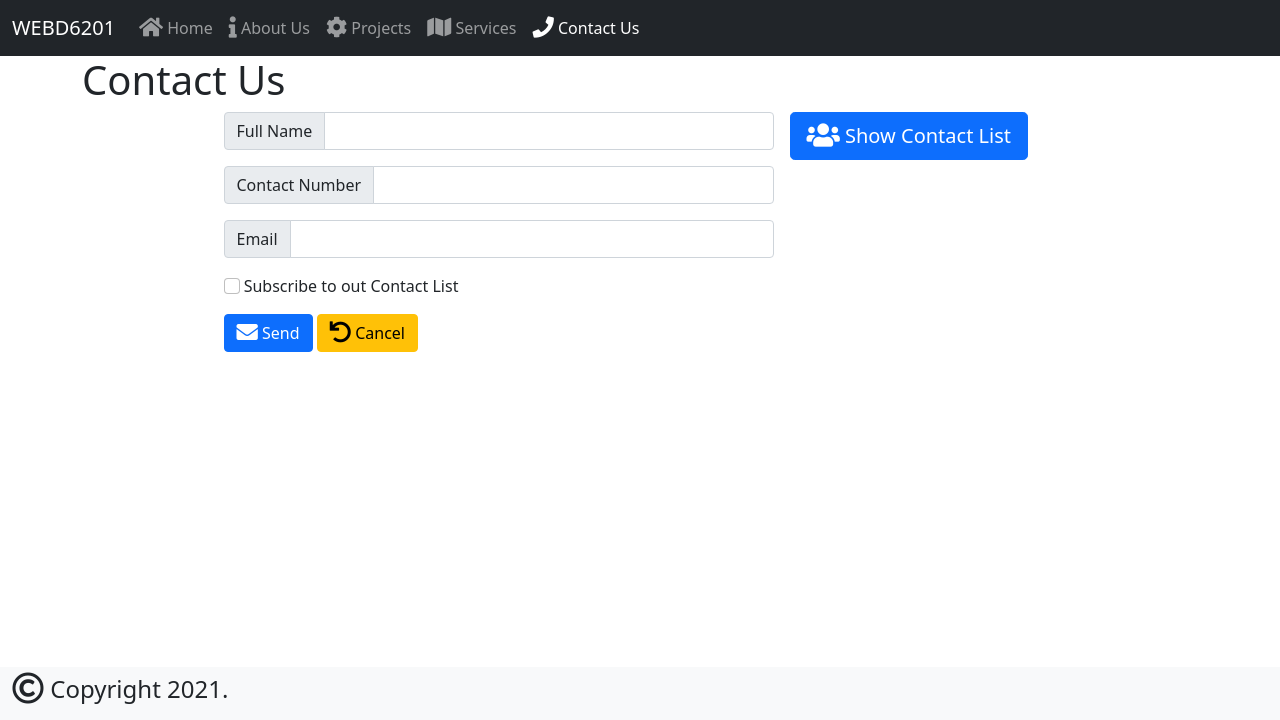
Repository: aphim/webd6201ICE6
Page: contact.html
The author's editor kept a copy of each file at every save. The page is drawn from the files as they stood at one save, then again after the next save.
The browser window is 1280 px wide. The pictures show the whole page.

Above is the page before, as saved 2021-02-04 09:09:00.

### contact.html
<!DOCTYPE html>
<html lang="en">
<head>
    <meta charset="UTF-8">
    <meta name="viewport" content="width=device-width, initial-scale=1.0">
    <title>Contact</title>
    <!-- CSS Section -->
    <link rel="stylesheet" href="./node_modules/bootstrap/dist/css/bootstrap.min.css">
    <link rel="stylesheet" href="./node_modules/@fortawesome/fontawesome-free/css/all.min.css">
    <link rel="stylesheet" href="./Content/app.css">
</head>
<body>
    <!-- Main Header -->
    <header>
        <!-- Main Navigation -->
        <nav class="navbar navbar-expand-lg navbar-dark bg-dark">
            <div class="container-fluid">
              <a class="navbar-brand" href="index.html">WEBD6201</a>
              <button class="navbar-toggler" type="button" data-bs-toggle="collapse" data-bs-target="#navbarSupportedContent" aria-controls="navbarSupportedContent" aria-expanded="false" aria-label="Toggle navigation">
                <span class="navbar-toggler-icon"></span>
              </button>
              <div class="collapse navbar-collapse" id="navbarSupportedContent">
                <ul class="navbar-nav me-auto mb-2 mb-lg-0">
                  <li class="nav-item">
                    <a class="nav-link" aria-current="page" href="index.html"><i class="fas fa-home fa-lg"></i> Home</a>
                  </li>

                  <li class="nav-item">
                    <a class="nav-link" aria-current="page" href="about.html"><i class="fas fa-info fa-lg"></i> About Us</a>
                  </li>

                  <li class="nav-item">
                    <a class="nav-link" aria-current="page" href="projects.html"><i class="fas fa-cog fa-lg"></i> Projects</a>
                  </li>

                  <li class="nav-item">
                    <a class="nav-link" aria-current="page" href="services.html"><i class="fas fa-map fa-lg"></i> Services</a>
                  </li>

                  <li class="nav-item">
                    <a class="nav-link active" aria-current="page" href="contact.html"><i class="fas fa-phone fa-lg"></i> Contact Us</a>
                  </li>
                </ul>
              </div>
            </div>
          </nav>
    </header>

    <!-- Main Content -->
    <main class="container">
        <h1>Contact Us</h1>
        <div id="messageArea"></div>

        <div class="row justify-content-lg-center g-3">
          <form class="col-lg-6 col-md-10 col-sm-10">

            <div class="input-group mb-3">
              <span class="input-group-text" id="inputGroup-sizing-default">Full Name </span>
              <input id="fullName" type="text" class="form-control" aria-label="Full Name" aria-describedby="Full Name Input"
              name="fullName" required>
            </div>

            <div class="input-group mb-3">
              <span class="input-group-text" id="inputGroup-sizing-default">Contact Number</span>
              <input id="contactNumber" type="tel" class="form-control" aria-label="Contact Number" aria-describedby="Contact Number Input"
              name="contactNumber" required>
            </div>

            <div class="input-group mb-3">
              <span class="input-group-text" id="inputGroup-sizing-default">Email</span>
              <input id="emailAddress" type="email" class="form-control" aria-label="Email Address" aria-describedby="Email Address Input"
              name="emailAddress" required>
            </div>

            <div class="input-groun mb-3">
              <input class="form-check-input" type="checkbox" value="" id="subscribeCheckbox" name="subscribeCheckbox">
              <label class="form-check-label" for="subscribeCheckbox">Subscribe to out Contact List</label>
            </div>

            <button id="sendButton" type="submit" class="btn btn-primary"><i class="fas fa-envelope fa-lg"></i> Send</button>
            <button id="cancelButton" type="reset" class="btn btn-warning"><i class="fas fa-undo fa-lg"></i> Cancel</button>
          </form>

          <div class="col-lg-3 col-md-3">
            <a href="contact-list.html" class="btn btn-primary btn-lg"><i class="fas fa-users fa-lg"></i> Show Contact List</a>
          </div>
        </div>


    </main>

    <!-- Main Footer -->
    <footer>
        <nav class="navbar fixed-bottom navbar-light bg-light">
            <div class="container-fluid">
              <h4><i class="far fa-copyright fa-lg"></i> Copyright 2021.</h4>
            </div>
          </nav>
    </footer>

    <!-- Script Section-->
    <script src="./node_modules/jquery/dist/jquery.min.js"></script>
    <script src="./node_modules/bootstrap/dist/js/bootstrap.bundle.min.js"></script>
    <script src="./Scripts/namespace.js"></script>
    <script src="./Scripts/contact.js"></script>
    <script src="./Scripts/app.js"></script>
</body>
</html>

### Scripts/namespace.js

//namespace core
let core;

### Scripts/contact.js
"use strict";
// Contact Class

((core)=>{
  class Contact {
    // getters and setters
    get FullName()
    {
      return this.m_fullName;
    }

    set FullName(value)
    {
      this.m_fullName = value;
    }

    get ContactNumber()
    {
      return this.m_contactNumber;
    }

    set ContactNumber(value)
    {
      this.m_contactNumber = value;
    }

    get EmailAddress()
    {
      return this.m_emailAddress;
    }

    set EmailAddress(value)
    {
      this.m_emailAddress = value;
    }

    // constructor

    /**
     * @param {string} fullName
     * @param {string} contactNumber
     * @param {string} emailAddress
     */
    constructor(fullName = "", contactNumber = "", emailAddress = "")
    {
      this.FullName = fullName;
      this.ContactNumber = contactNumber;
      this.EmailAddress = emailAddress;
    }

    // methods

    /**
     * This method overrides the built-in toString method for the Contact class
     *
     * @returns {string}
     */
    toString()
    {
      return `Full Name     : ${this.FullName} \nContact Number: ${this.ContactNumber}\nEmail Address : ${this.EmailAddress}`;
    }

    /**
     * This method returns a JSON object made up of the properties of the Contact class
     *
     * @returns {Object}
     */
    toJSON()
    {
      return {
        "fullName": this.FullName,
        "contactNumber": this.ContactNumber,
        "emailAddress": this.EmailAddress
      }
    }

    /**
     * This method converts the Contact into a comma-separated value string
     *
     * @returns {string}
     */
    serialize()
    {
      if(this.FullName !== "" && this.ContactNumber !== "" && this.EmailAddress !== "")
      {
        return `${this.FullName},${this.ContactNumber},${this.EmailAddress}`;
      }
      else
      {
        console.error("One or more properties of the Contact is empty");
        return null;
      }
    }

    /**
     * This method takes a comma-separated data string and assigns the values to the Contact class properties
     *
     * @param {string} data
     * @return {void}
     */
    deserialize(data)
    {
      let propertyArray = data.split(",");
      this.FullName = propertyArray[0];
      this.ContactNumber = propertyArray[1];
      this.EmailAddress = propertyArray[2];
    }
  }

core.Contact = Contact;

})(core || (core={}));

### Scripts/app.js
/* custom JavaScript goes here */

//IIFE - Immediately Invoked Function Expression
//AKA - Anonymous Self-Executing Function
//Closure - limits scope leak

"use strict";


((core) =>
{
    function displayHome()
    {

      $("button").on("mouseover", () =>
      {
        console.log("mouseover button - jquery");
      });

      let myButton = document.querySelectorAll("button")[0];
       myButton.addEventListener("click", function()
      {
        console.log("clicked button - js");
      });

      console.log(myButton);


        let paragraphOneText =
          "This is a simple site to demonstrate DOM Manipulation for ICE 1";

        let paragraphOneElement = document.getElementById("paragraphOne");

        paragraphOneElement.textContent = paragraphOneText;
        paragraphOneElement.className = "fs-5";

        // Step 1. document.createElement
        let newParagraph = document.createElement("p");
        // Step 2. configure the element
        newParagraph.setAttribute("id", "paragraphTwo");
        newParagraph.textContent = "...And this is paragraph two";
        // Step 3. select the parent element
        let mainContent = document.getElementsByTagName("main")[0];
        // Step 4. Add / Insert the element
        mainContent.appendChild(newParagraph);

        newParagraph.className = "fs-6";

        // another way of injecting content
        let paragraphDiv = document.createElement("div");
        let paragraphThree = `<p id="paragraphThree" class="fs-7 fw-bold">And this is the Third Paragraph</p>`;
        paragraphDiv.innerHTML = paragraphThree;

        // insertions

        // example of inserting before a node
        //newParagraph.before(paragraphDiv);

        // example of inserting after a node
        newParagraph.after(paragraphDiv);

        // deletions

        // example of removing a single element
        //paragraphOneElement.remove();

        // example of removeChild
        mainContent.removeChild(paragraphOneElement);

        // update / modification
        //mainContent.firstElementChild.textContent = "Welcome Home!";

        mainContent.innerHTML = `<h1 id="firstHeading">Welcome to WEBD6201 - Lab 1</h1>
         <p id="paragraphOne" class="fs-3 fw-bold">This is my first Paragraph</p>
        `;

    }

    function displayAbout()
    {

    }

    function displayProjects()
    {

    }

    function displayServices()
    {

    }

    function displayContact()
    {
      $("#messageArea").hide();

      $("#fullName").on("blur", ()=>{
          if($("#fullName").val().length < 2)
          {
            $("#fullName").trigger("focus").trigger("select");

            $("#messageArea").show().addClass("alert alert-danger").text("Please enter an appropriate Name");

          }
          else
          {
            $("#messageArea").removeAttr("class");
            $("#messageArea").hide();

          }

        });

        $("#sendButton").on("click", ()=>{

          let contact = new core.Contact(fullName.value, contactNumber.value, emailAddress.value);

          if(contact.serialize())
          {
            localStorage.setItem((localStorage.length + 1).toString(), contact.serialize());
          }

        });

    }

    function displayContactList()
    {
      if (localStorage.length > 0)
      {
        let contactList = document.getElementById("contactList");

        let data = "";

        for (let index = 0; index < localStorage.length; index++)
        {
          let contactData = localStorage.getItem((index + 1).toString());

          let contact = new core.Contact();
          contact.deserialize(contactData);

          data += `<tr>
          <th scope="row">${index + 1}</th>
          <td>${contact.FullName}</td>
          <td>${contact.ContactNumber}</td>
          <td>${contact.EmailAddress}</td>
        </tr>`;
        }

        contactList.innerHTML = data;
      }
    }



    function Start()
    {
        console.log("App Started...");

        switch (document.title)
        {
          case "Home":
              displayHome();
            break;
          case "About":
              displayAbout();
            break;
          case "Projects":
              displayProjects();
            break;
          case "Services":
              displayServices();
            break;
          case "Contact":
              displayContact();
            break;
          case "Contact-List":
            displayContactList();
          break;
        }

    }

    window.addEventListener("load", Start);

    core.Start = Start;

}) (core || (core={}));

Loaded but not shown: node_modules/bootstrap/dist/css/bootstrap.min.css (library); node_modules/@fortawesome/fontawesome-free/css/all.min.css (library); Content/app.css (common file); node_modules/jquery/dist/jquery.min.js (library); node_modules/bootstrap/dist/js/bootstrap.bundle.min.js (library)

After the next save:
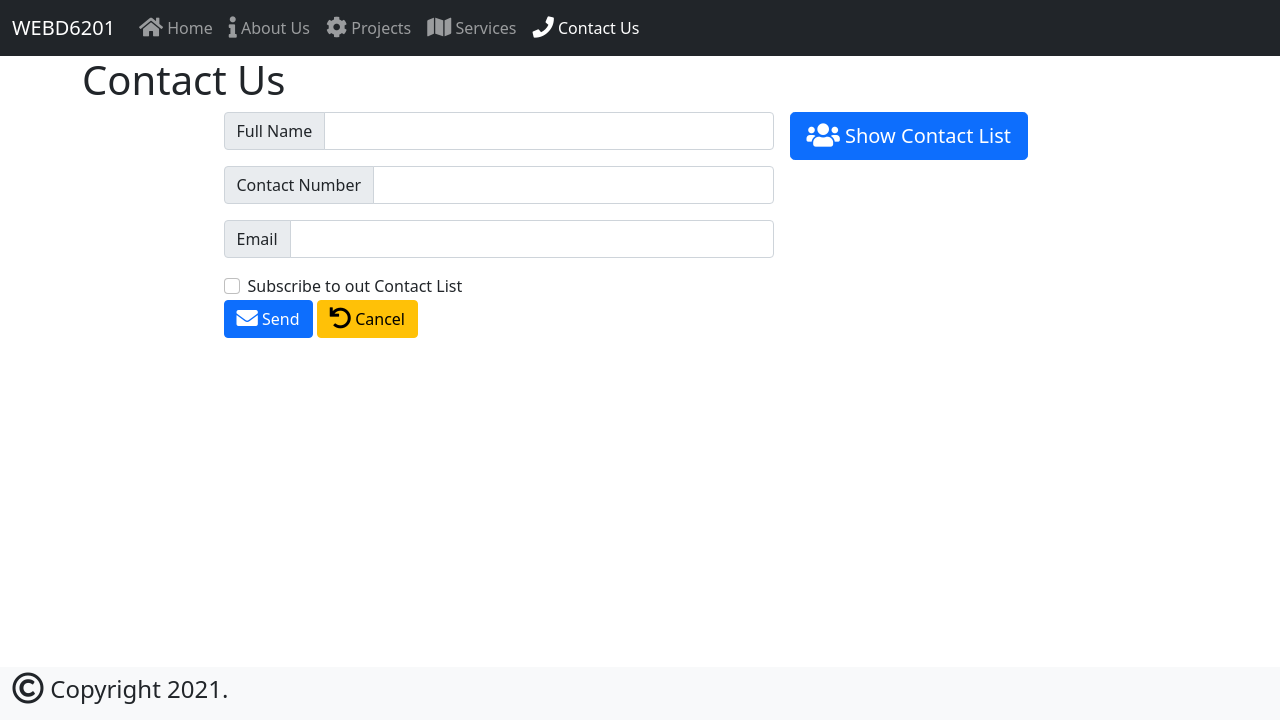
Saved 47 s later.
--- a/contact.html
+++ b/contact.html
@@ -72,7 +72,7 @@
               name="emailAddress" required>
             </div>
 
-            <div class="input-groun mb-3">
+            <div class="form-check">
               <input class="form-check-input" type="checkbox" value="" id="subscribeCheckbox" name="subscribeCheckbox">
               <label class="form-check-label" for="subscribeCheckbox">Subscribe to out Contact List</label>
             </div>
